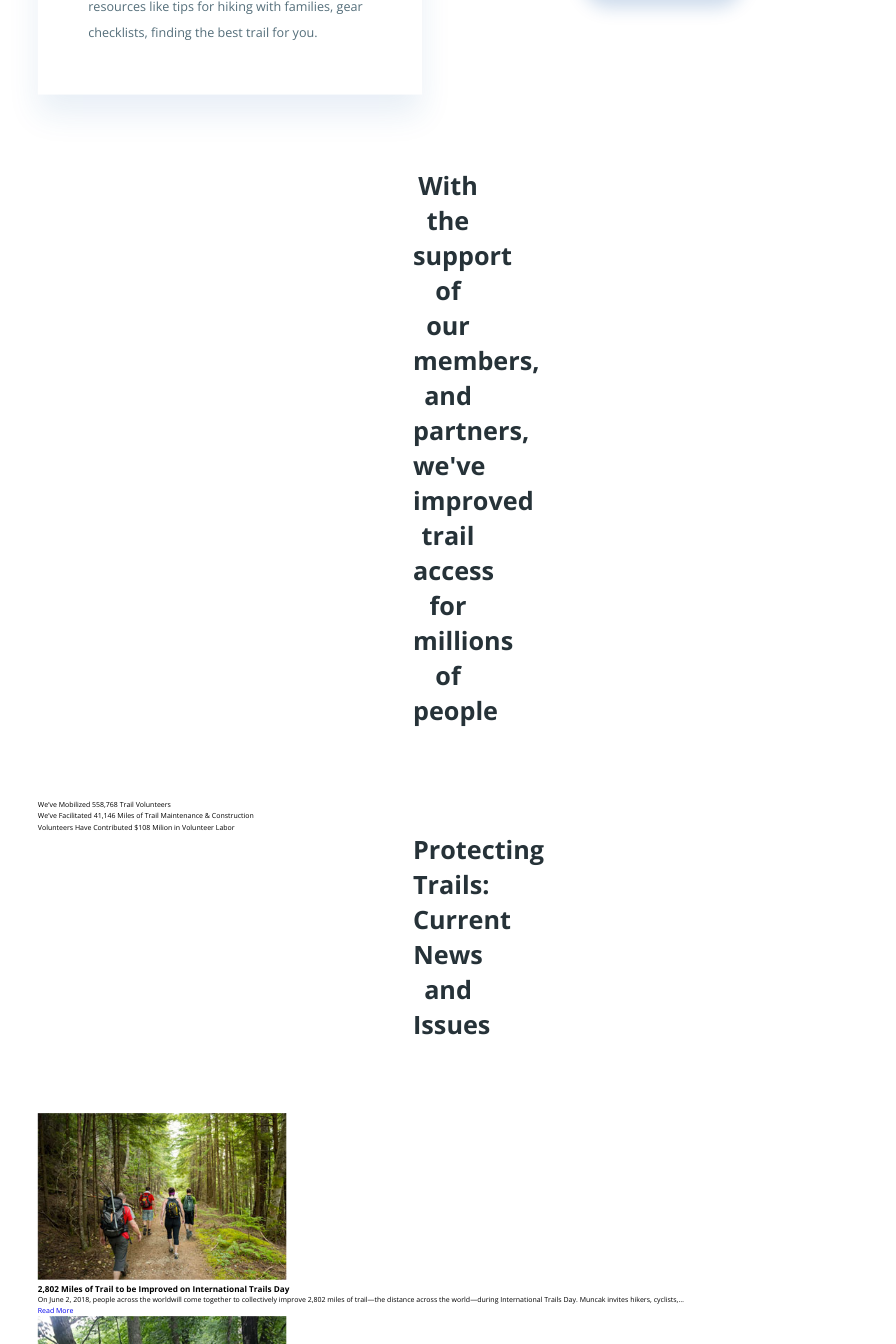
Repository: huubinh98/Project
Page: muncak/index.html
An editor plug-in stored every save of this project. The page is shown before and after the next save, followed by the edit.
The browser window is 1280 px wide. The pictures show the part of the page from y = 2683 to 4603 px (the page is 5629 px tall before and 4679 px after), at 70% of full size.

Above is the page before, as saved 2021-08-28 19:24:52.

After the next save:
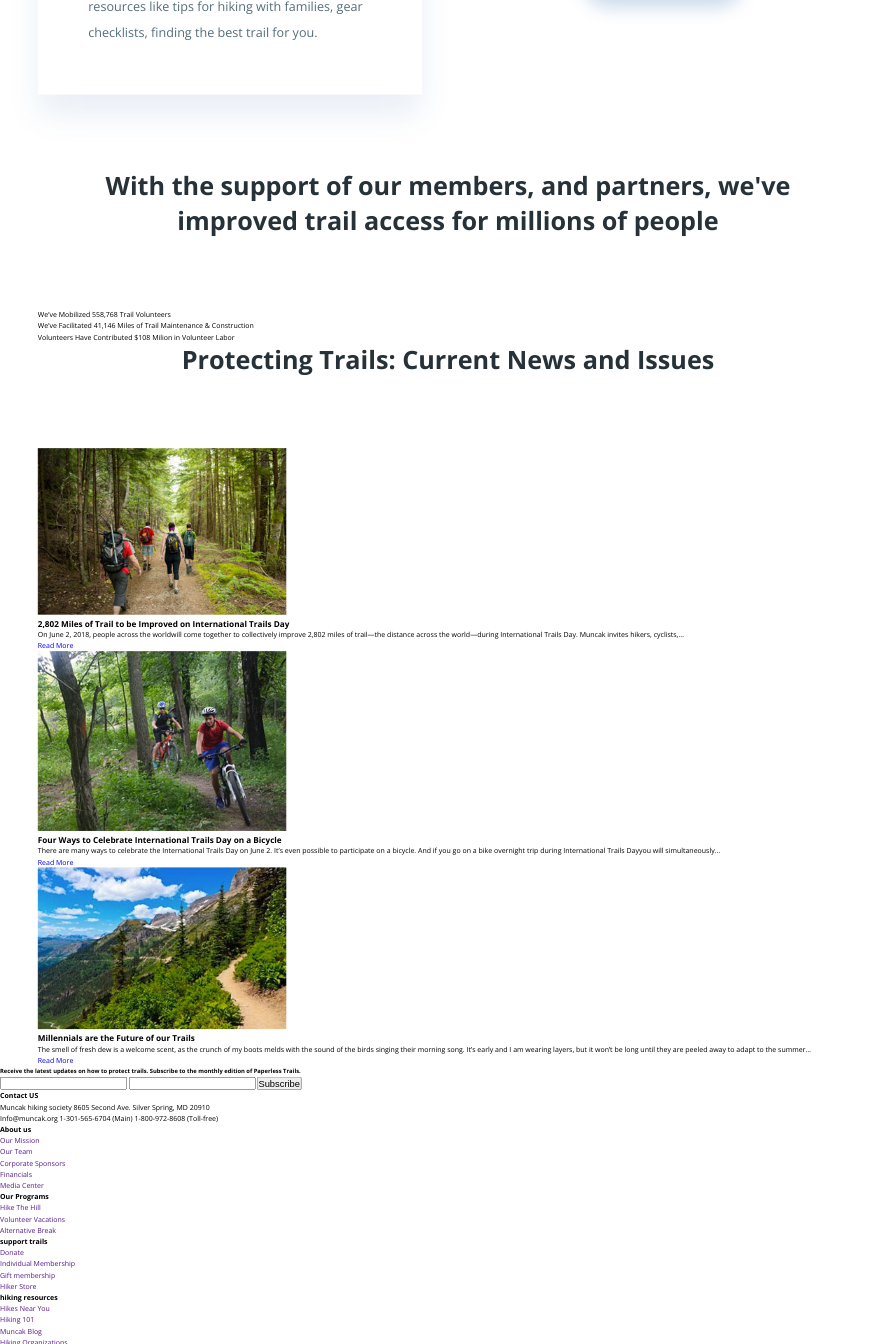
Saved 8 s later.
--- a/muncak/style.css
+++ b/muncak/style.css
@@ -50,7 +50,7 @@ a {
     margin: 0 auto;
     color: #263238;
     margin-bottom: 101px;
-    max-width: 100px;
+    max-width: 1000px;
 }
 
 .btn:hover {
